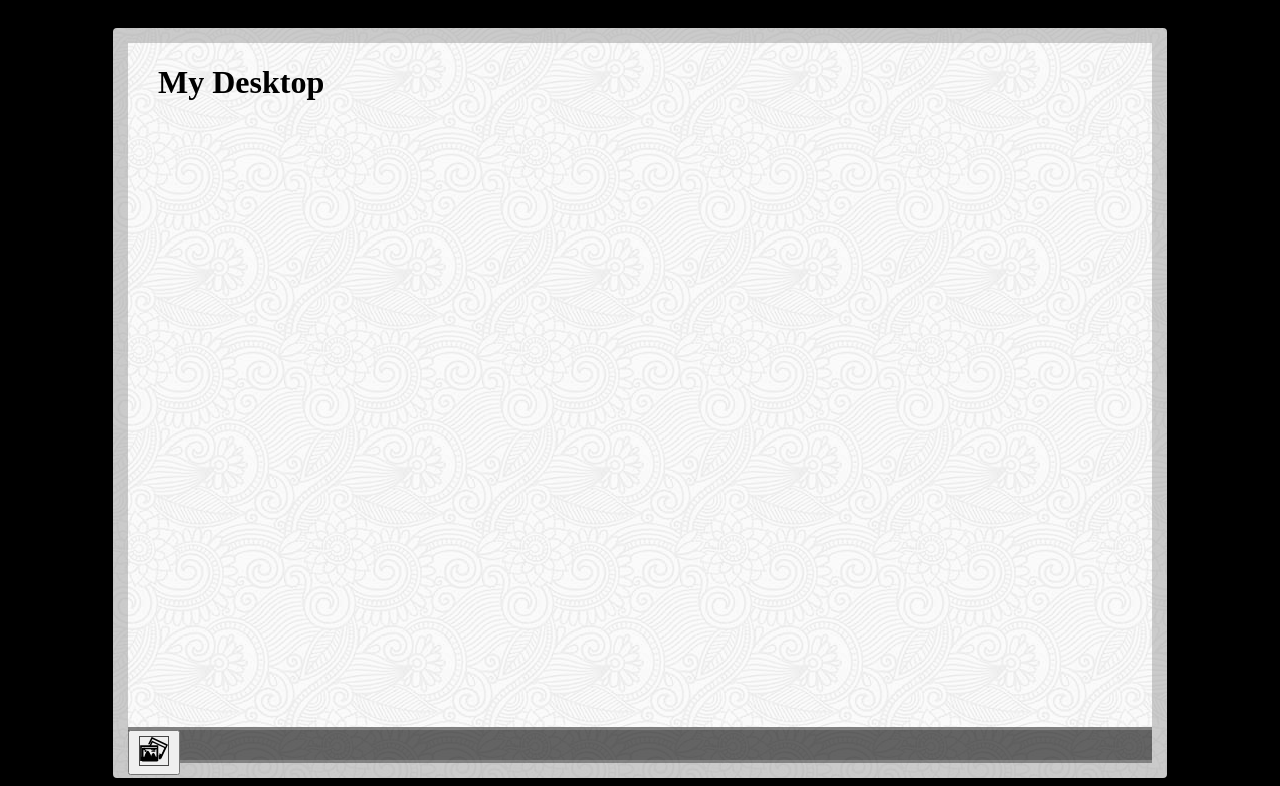
Repository: lw222gu/1dv403-laborationer
Page: 5-pwd/index.html
The author's editor kept a record of every edit. The page is drawn from the files as they stood at one moment, then again after the next edit.
The browser window is 1280 px wide. The pictures show the whole page.
Some web fonts or font styles are not loaded; a fallback is used.

Above is the page before.

After the next edit:
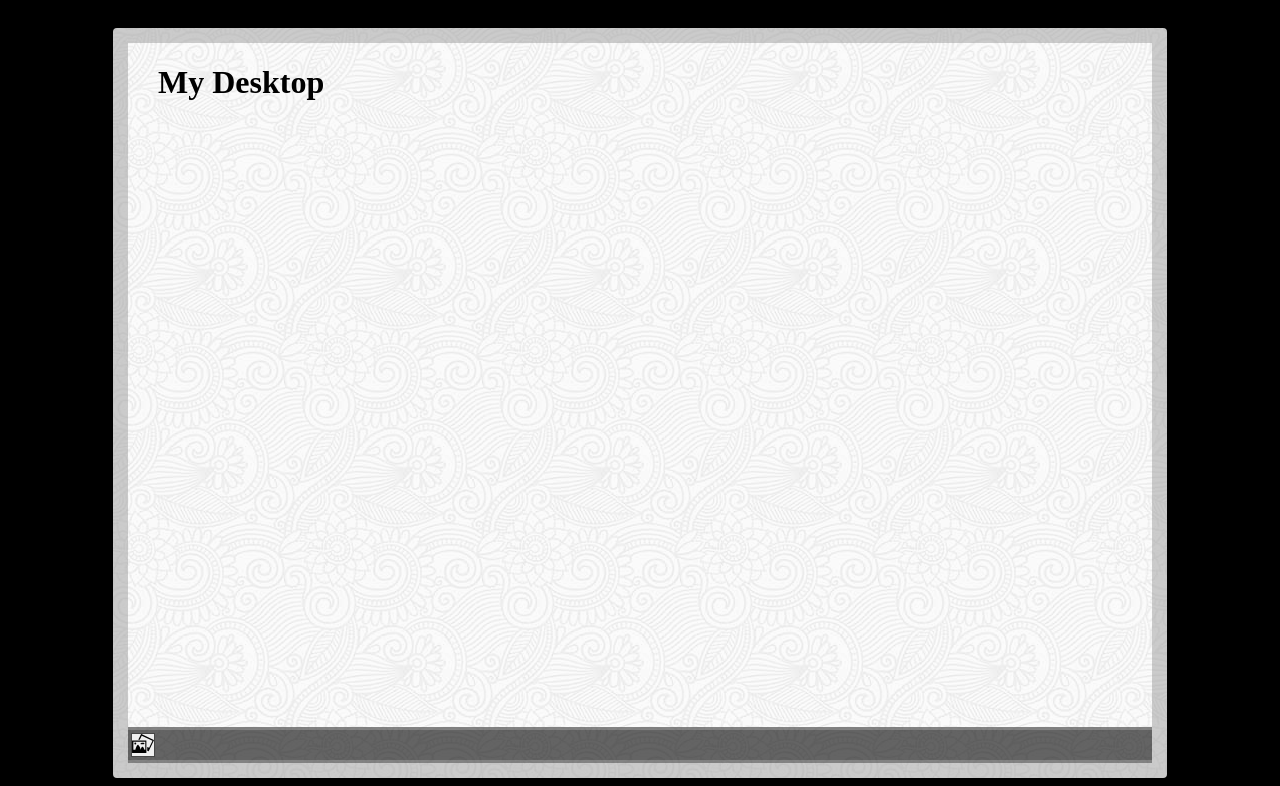
The edit:
--- a/5-pwd/index.html
+++ b/5-pwd/index.html
@@ -29,8 +29,8 @@
             </div>
 
             <div id = "menubar">
-                <button>
-                <img id = "photosbutton" src="css/pics/photos.svg" />
+                <button id = "photosbutton">
+                </button>
             </div>
 
         </div>
